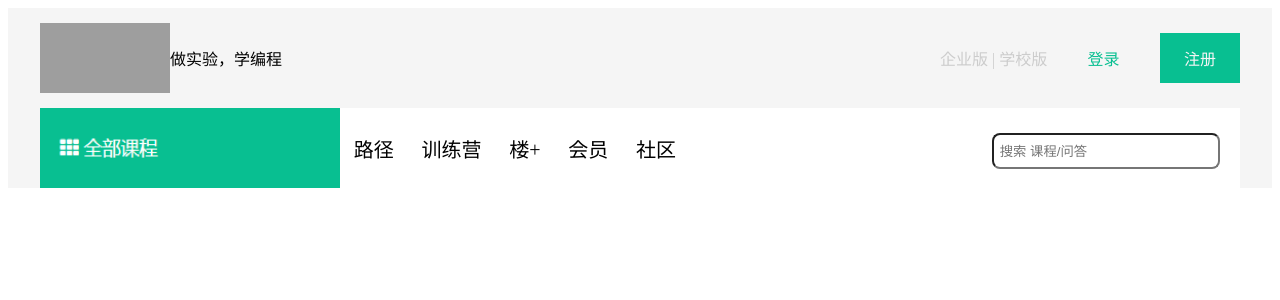
Repository: wuguozheng/xxbb
Page: /
The author's editor kept a copy of each file at every save. The page is drawn from the files as they stood at one save, then again after the next save.
The browser window is 1280 px wide. The pictures show the whole page.
Pictures or frames that could not be fetched are drawn as grey boxes. The project was rebuilt for these pictures with package versions that can differ from the ones it lists, and the page was loaded fresh each time.

Above is the page before, as saved 2020-06-01 14:18:44.

### src/App.vue
<template>
  <div id="app">

    <router-view/>
  </div>
</template>

<style lang="scss">

</style>

### src/views/Home.vue
<template>
 <div>
    <mxs1></mxs1>
 </div>
</template>

<script>
import Mxs1 from '../components/home/Mxs1'
 export default {
   name: '',
   props: {
   },
   components: {
     Mxs1,
   },
   data () {
     return {

     }
   },
   methods: {

   },
   mounted() {

   },
   watch: {

   },
   computed: {

   }
 }
</script>

<style scoped lang='scss'>

</style>

### src/components/home/Mxs1.vue
<template>
  <div>
    <div class="rap">
      <div class="rap-1">
        <div class="left">
          <img
            data-v-7629dae3
            src="https://static.shiyanlou.com/frontend/dist/img/9f43b00.svg"
            alt="实验楼"
            width="130"
            height="70"
          />
          <div>做实验，学编程</div>
        </div>
        <div class="rap-2">
          <div class="timi-1">企业版 | 学校版</div>
          <div class="timi-2">登录</div>
          <div class="timi">注册</div>
        </div>
      </div>
      <div class="run">
        <img src="../home/QQ截图20200601133655.png" alt="" width="300" height="80">
        <div class="run-1">
          <div>路径</div>
          <div>训练营</div>
          <div>楼+</div>
          <div>会员</div>
          <div>社区</div>
        </div>
        <div class="run-2">
          <input type="text" placeholder=" 搜索 课程/问答" class="run-3">
        </div>
      </div>
    </div>
  </div>
</template>

<script>
export default {
  name: "",
  props: {},
  components: {},
  data() {
    return {};
  },
  methods: {},
  mounted() {},
  watch: {},
  computed: {}
};
</script>

<style scoped lang='scss'>
.rap {
  width: 100%;
  height: 180px;
  background: whitesmoke;
  display: flex;
  justify-content: center;
  align-items: center;
  flex-direction: column;
}
.rap-1 {
  width: 1200px;
  height: 100px;
  background: transparent;
  position: relative;
  display: flex;
  justify-content: center;
  align-items: center;
}
.left {
  position: absolute;
  left: 0;
  display: flex;
  justify-content: center;
  align-items: center;
}
.rap-2 {
  display: flex;
  width: 300px;
  height: 100px;
  background: transparent;
  justify-content: space-between;
  align-items: center;
  position: absolute;
  right: 0;
}
.timi {
  width: 80px;
  height: 50px;
  background: rgb(8, 191, 145);
  display: flex;
  justify-content: center;
  align-items: center;
  color: whitesmoke;
  &:hover {
    cursor: pointer;
  }
}
.timi-1 {
  color: #ccc;
  &:hover {
    cursor: pointer;
    color: rgb(8, 191, 145);
  }
}
.timi-2 {
  color: rgb(8, 191, 145);
  &:hover {
    cursor: pointer;
    color: #ccc;
  }
}
.run {
  width: 1200px;
  height: 80px;
  background: white;
  display: flex;
  position: relative;
}
.run-1 {
  width: 350px;
  height: 80px;
  background: transparent;
  display: flex;
  justify-content: space-around;
  align-items: center;
  font-size: 20px;
}
.run-2 {
  position: absolute;
  right: 20px;
  margin-top: 25px;
}
.run-3 {
  width: 220px;
  height: 30px;
  border-radius: 8px;
}
</style>

Loaded but not shown: src/main.js (common file); src/router/index.js (common file); src/store/index.js (common file)

After the next save:
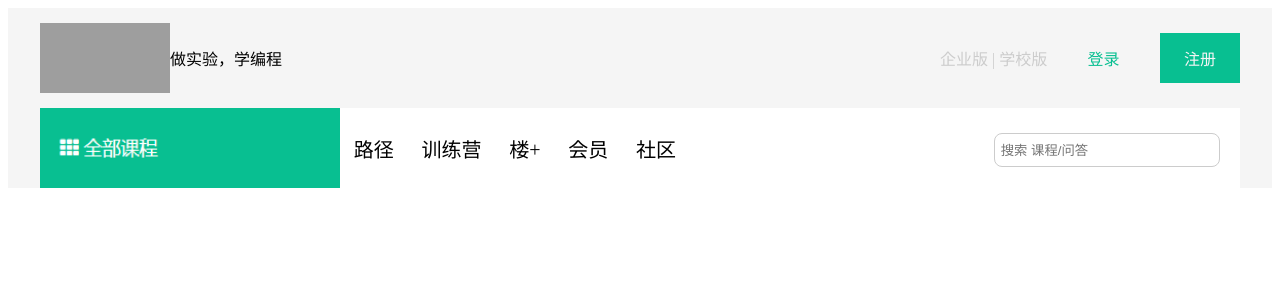
Saved 86 s later.
--- a/src/components/home/Mxs1.vue
+++ b/src/components/home/Mxs1.vue
@@ -136,6 +136,7 @@ export default {
 .run-3 {
   width: 220px;
   height: 30px;
+  border: 1px solid #ccc;
   border-radius: 8px;
 }
 </style>
